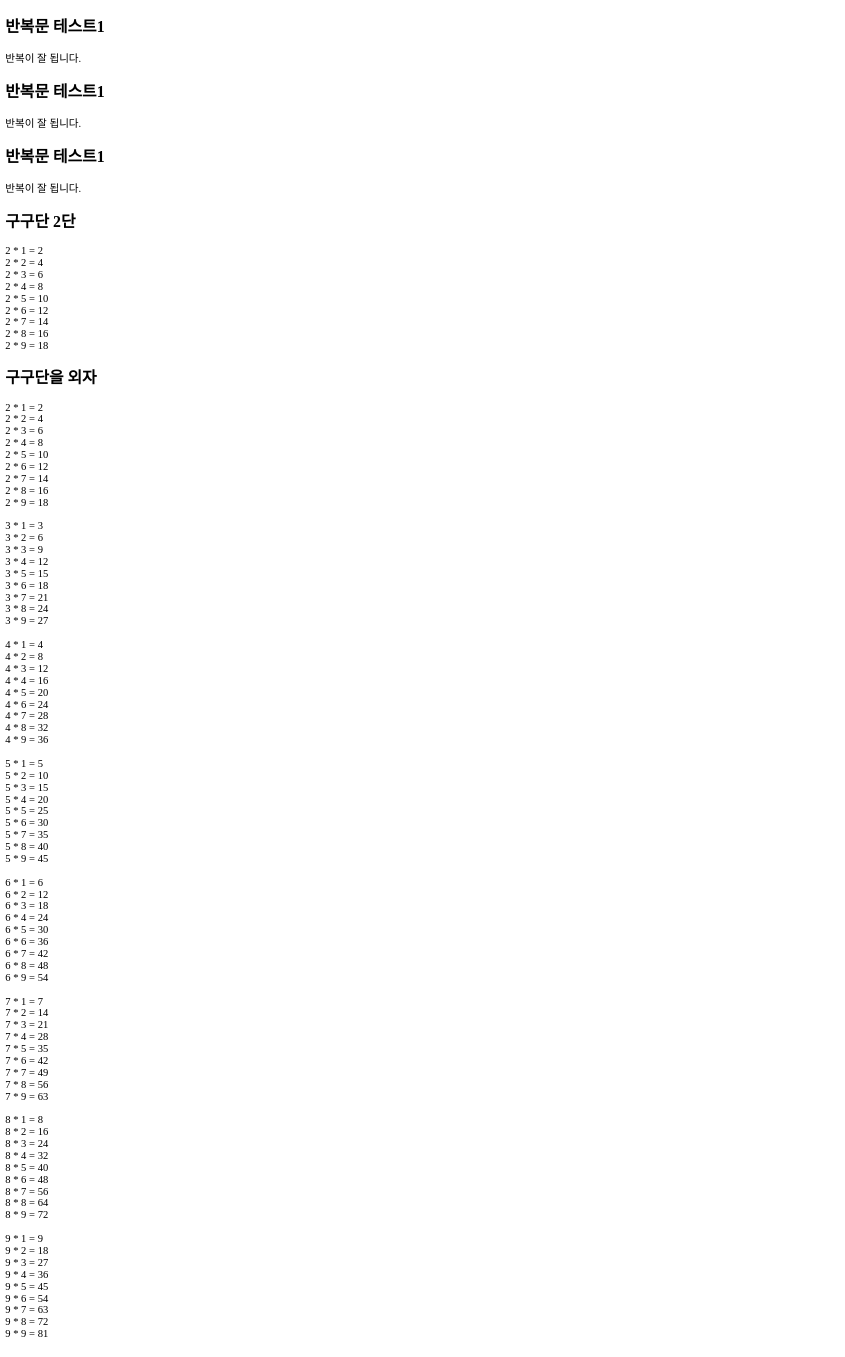
Repository: markahn02050/jsp_practice
Page: http://localhost/JSPBasic/JspTag/NewFile.jsp
An editor plug-in stored every save of this project. The page is shown before and after the next save, followed by the edit.
The browser window is 1280 px wide. The pictures show the whole page, at 66% of full size.
The page is served by Tomcat 9.

Above is the page before, as saved 2022-01-28 02:47:14.

### JSPBasic/src/main/webapp/JspTag/NewFile.jsp
<%@ page language="java" contentType="text/html; charset=UTF-8"
    pageEncoding="UTF-8"%>
<!DOCTYPE html>
<html>
<head>
<meta charset="UTF-8">
<title>Insert title here</title>
</head>
<body>
	<!--  스크립트릿 내부에는 자바 코드를 작성할 수 있으며
	이 코드를 반영해 페이지가 구성됩니다. -->
	<% for(int i = 0; i < 3; i++){ %>
		<h2>반복문 테스트1</h2>
		<p>
			반복이 잘 됩니다.
		</p>
	<% } %>

	<!--  하단에 구구단 코드를 작성해주세요.
	System.out.println() 이 괄호 내 구문을 콘솔에 찍히게 해줬다면
	out.println()은 html화면에 괄호 내 구문을 콘솔에 찍히게 해줍니다-->
	<h2>구구단 2단</h2>
	<% for(int i = 1; i <= 9; i++){

		out.println(2 + " * " + i + " = " + 2 * i + "<br/>");

		} %>

	<h2>구구단을 외자</h2>
	<% for(int i = 2; i <= 9; i++){

		for(int j = 1; j <= 9; j++){

			out.println(i + " * " + j + " = " + i * j + "<br/>");

		}

		out.println("<br/>");

	}

	%>

</body>
</html>

After the next save:
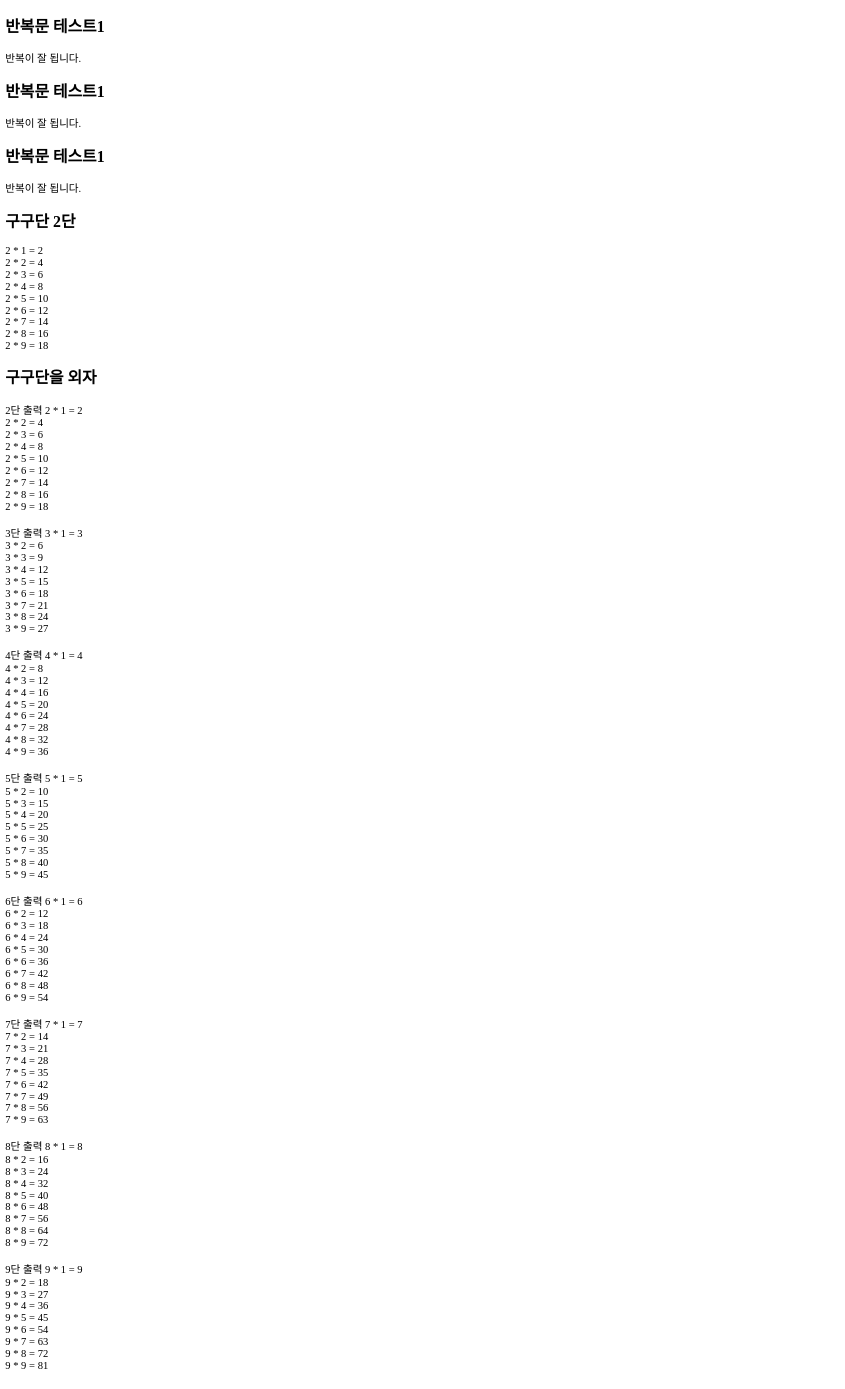
Saved 41 s later.
--- a/JSPBasic/src/main/webapp/JspTag/NewFile.jsp
+++ b/JSPBasic/src/main/webapp/JspTag/NewFile.jsp
@@ -29,6 +29,8 @@
 	<h2>구구단을 외자</h2>
 	<% for(int i = 2; i <= 9; i++){
 
+		out.println(i + "단 출력");
+
 		for(int j = 1; j <= 9; j++){
 
 			out.println(i + " * " + j + " = " + i * j + "<br/>");
